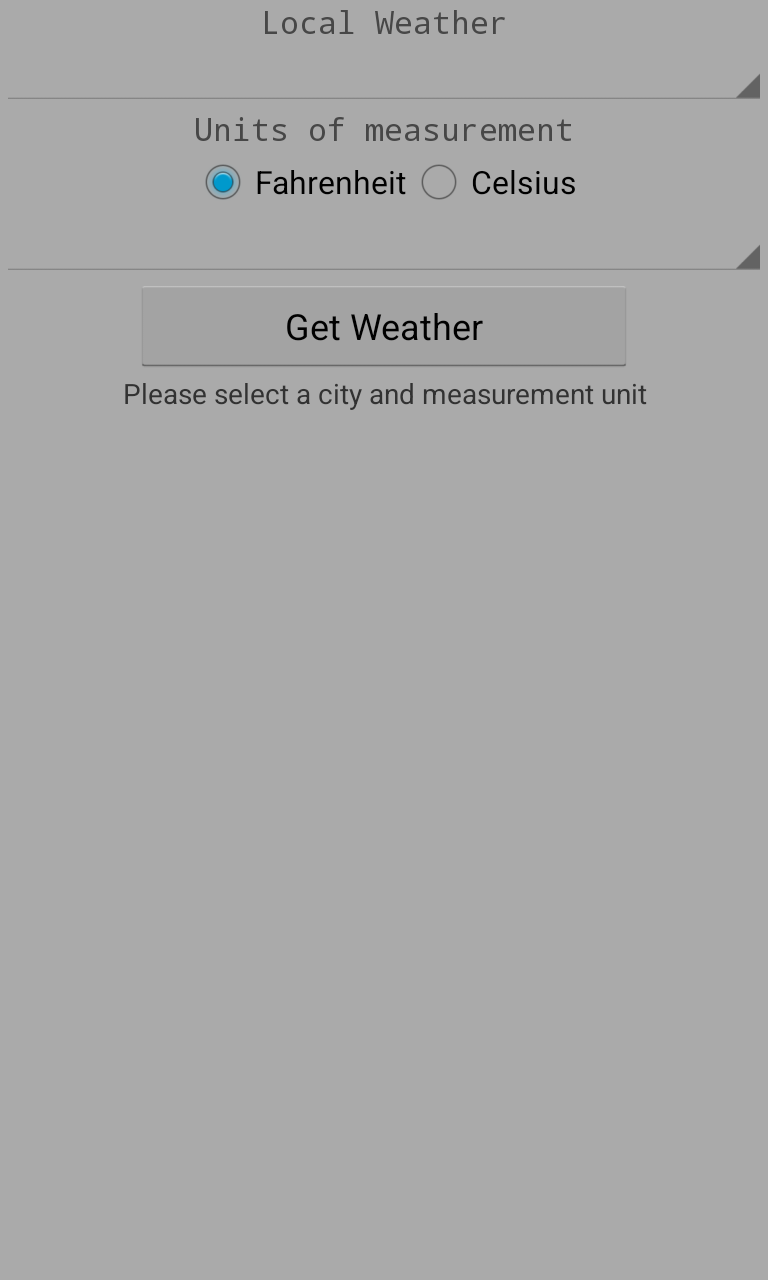
Repository: efreestone/Java1
Layout: Java1Project4/res/layout/activity_main.xml
An editor plug-in stored every save of this project. The layout is shown before and after the next save, followed by the edit.
It is drawn on a 768 x 1280 px phone screen (xhdpi) without system bars, with theme AppTheme; the app's code is not run.

Above is the layout before, as saved 2014-03-26 03:50:34.

After the next save:
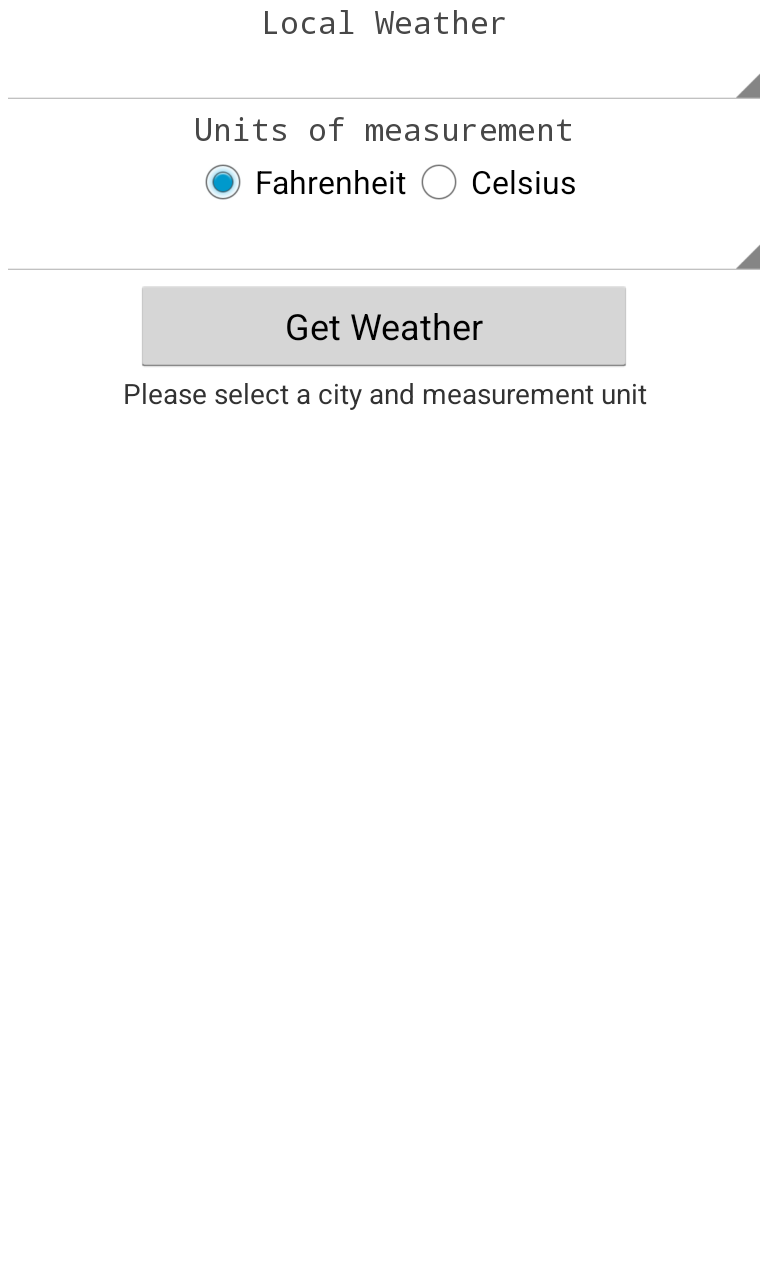
Saved 55 s later.
--- a/Java1Project4/res/values-v14/styles.xml
+++ b/Java1Project4/res/values-v14/styles.xml
@@ -16,7 +16,7 @@
         </style>
 
         <style name="backgroundStyle">
-            <item name="android:background">@android:color/darker_gray</item>
+            <item name="android:background">@android:color/primary_text_light</item>
         </style>
 
 
